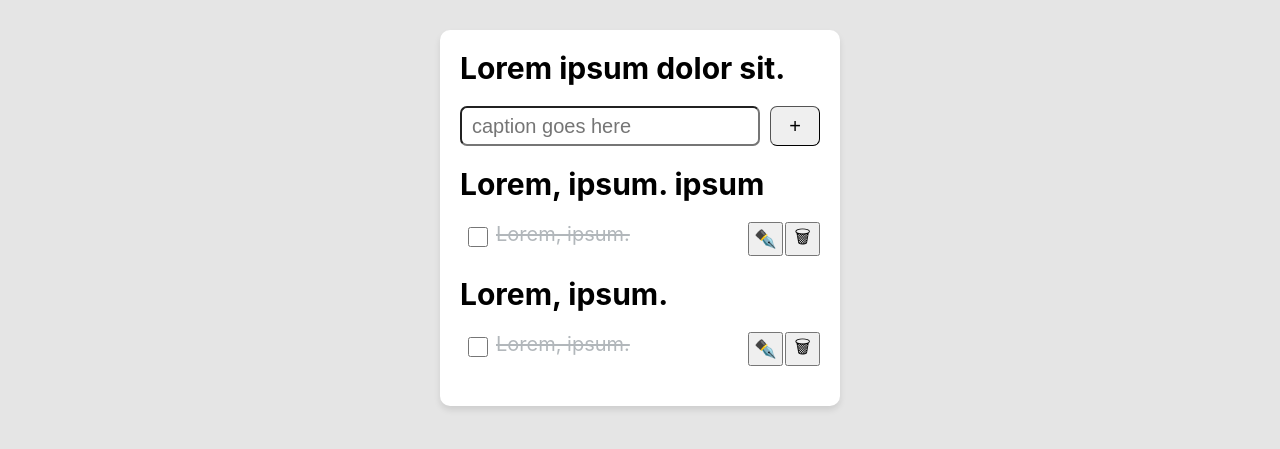
Repository: hungdomanh95/focus
Page: /
These files come from the project's save history. The page is drawn as it stood at one moment and after the next save; the edit follows.
The browser window is 1280 px wide. The pictures show the whole page.
The project was rebuilt for these pictures with package versions that can differ from the ones it lists, and the page was loaded fresh each time.

Above is the page before, as saved 2023-04-09 01:47:45.

After the next save:
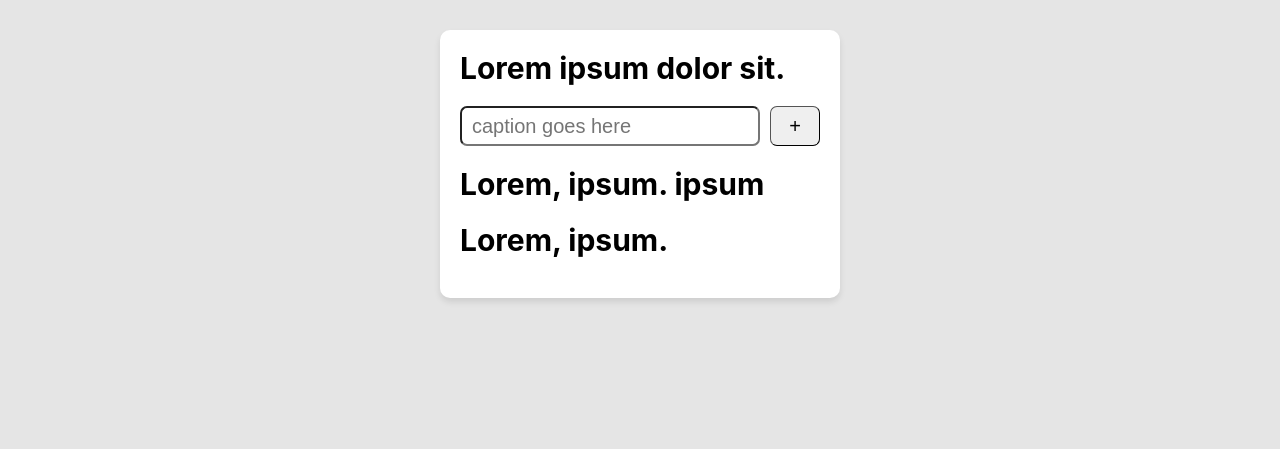
Saved 8 s later.
--- a/src/components/TaskList/TaskList.tsx
+++ b/src/components/TaskList/TaskList.tsx
@@ -22,14 +22,6 @@ function TaskList(props: TaskListProps) {
             </div>
           </div>
         ))}
-        <div className={styles.task}>
-          <input type='checkbox' className={styles.taskCheckbox} />
-          <span className={`${styles.taskName} ${styles.taskNameDone}`}>Lorem, ipsum.</span>
-          <div className={styles.taskAction}>
-            <button className={styles.taskBtn}>✒️</button>
-            <button className={styles.taskBtn}>🗑</button>
-          </div>
-        </div>
       </div>
     </div>
   )
